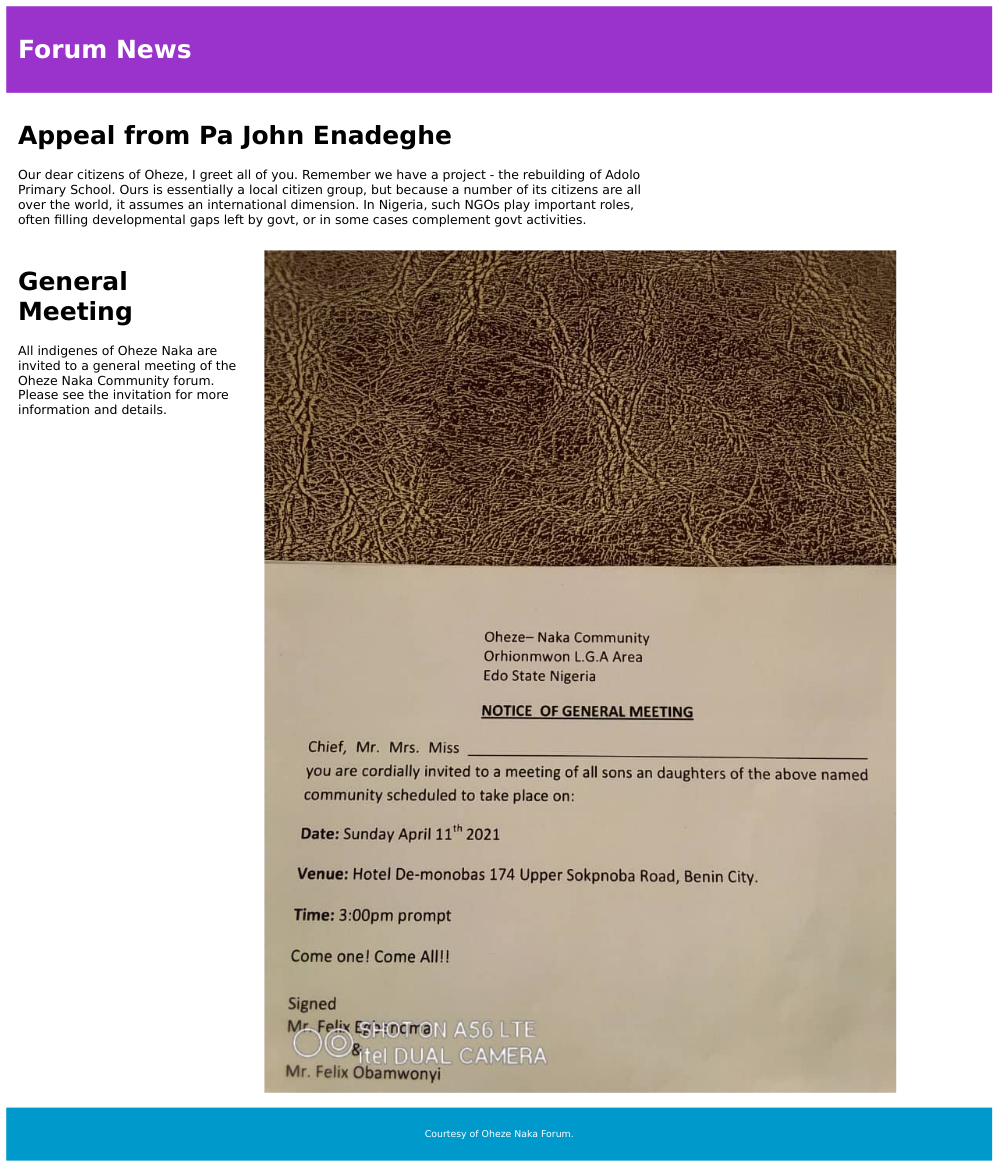
Repository: OtasowieRotimiOsifo/oheze-naka-forum
Page: activities.html
The author's editor kept a copy of each file at every save. The page is drawn from the files as they stood at one save, then again after the next save.
The browser window is 1280 px wide. The pictures show the whole page, at 78% of full size.

Above is the page before, as saved 2021-03-20 21:33:14.

After the next save:
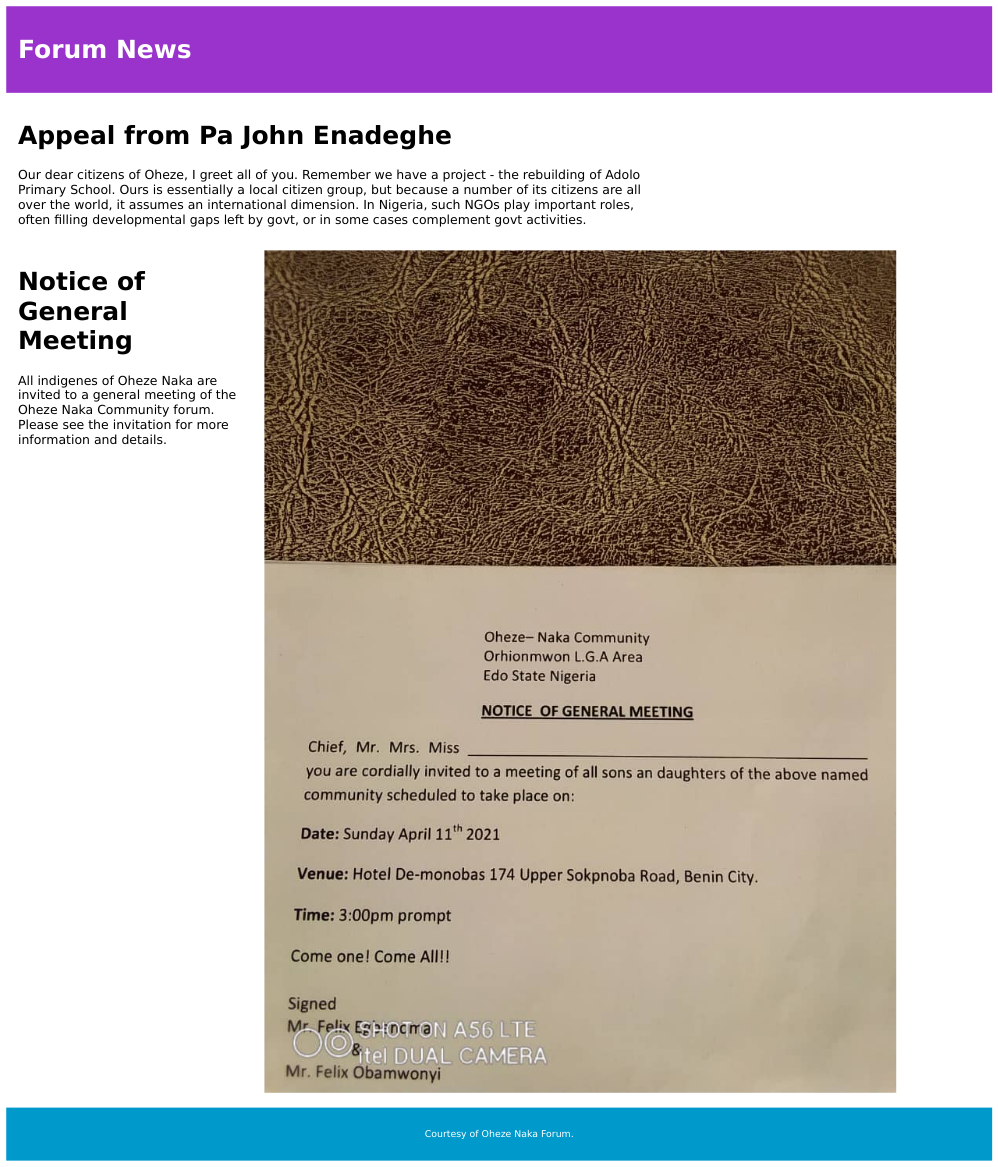
Saved 29 s later.
--- a/activities.html
+++ b/activities.html
@@ -121,7 +121,7 @@ html {
     </div>
     </div>
 <div class="col-3 col-s-3">
-  <h1>General Meeting</h1>
+  <h1>Notice of General Meeting</h1>
   <span> All indigenes of Oheze Naka are invited to a general meeting of the Oheze Naka Community forum. </span>
   <span>Please see the invitation for more information and details.</span>
 </div>
